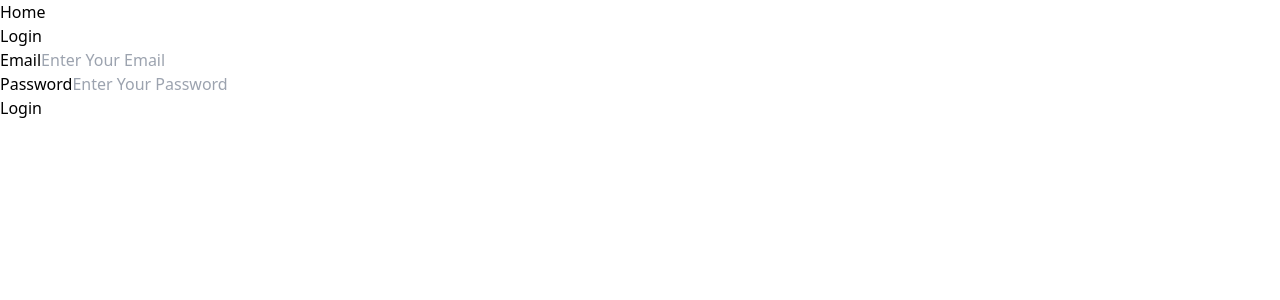
Repository: mk694/stepperForm
Page: /login
An editor plug-in stored every save of this project. The page is shown before and after the next save, followed by the edit.
The browser window is 1280 px wide. The pictures show the whole page.
The project was rebuilt for these pictures with package versions that can differ from the ones it lists, and the page was loaded fresh each time. The framework's server and built-in components were replaced by stand-ins that run in the browser. Also part of the build but not shown: next.config.js.

Above is the page before, as saved 2022-04-29 01:45:59.

After the next save:
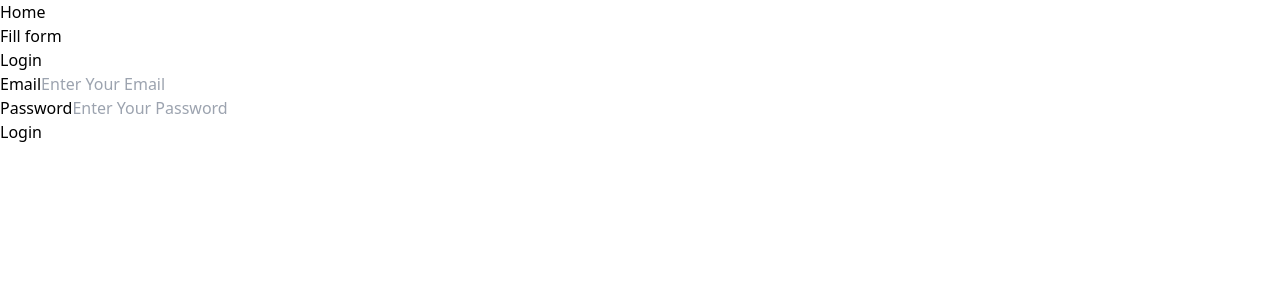
Saved 36 s later.
--- a/layout/header/header.component.js
+++ b/layout/header/header.component.js
@@ -19,15 +19,15 @@ function header() {
               <a className="">Home</a>
             </Link>
           </div>
+          <div>
+            <Link href="/form">
+              <a className="bg-slate-800  text-slate-50 px-2 py-1 rounded hover:bg-orange-500 ">
+                Fill form
+              </a>
+            </Link>
+          </div>
           {isLoggedIn && (
             <div className="flex ">
-              <div>
-                <Link href="/form">
-                  <a className="bg-slate-800  text-slate-50 px-2 py-1 rounded hover:bg-orange-500 ">
-                    Fill form
-                  </a>
-                </Link>
-              </div>
               <div>
                 <Link href="/logout">
                   <a className="bg-slate-800 px-2 py-1 rounded hover:bg-red-600 ml-2">
